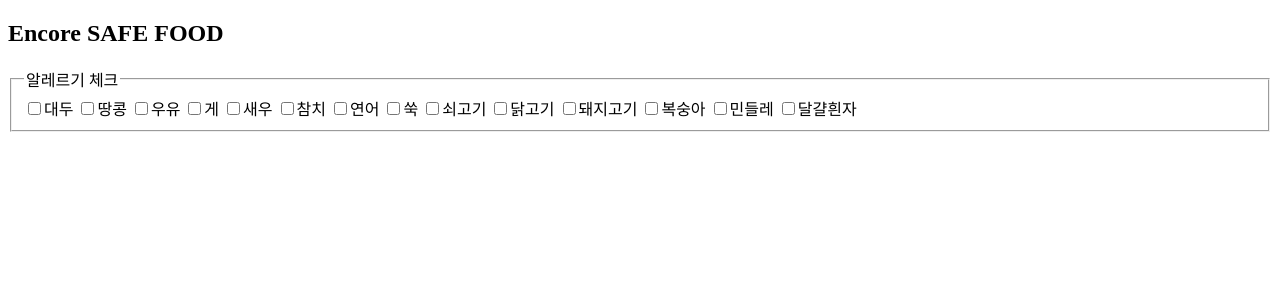
Repository: KangHoi/encore_vueWorkspace
Page: vue03_Event/WebContent/vue03_safefood.html
These files come from the project's save history. The page is drawn as it stood at one moment and after the next save; the edit follows.
The browser window is 1280 px wide. The pictures show the whole page.

Above is the page before, as saved 2021-07-12 01:24:20.

### vue03_Event/WebContent/vue03_safefood.html
<!DOCTYPE html>
<html>
<head>
<meta charset="UTF-8">
<title>Insert title here</title>
<script src="https://cdn.jsdelivr.net/npm/vue/dist/vue.js"></script>
</head>
<body>
	<div id="second">
		<h2>Encore SAFE FOOD</h2>
	</div>
	<div id="app">
		<fieldset id="checkboxArea1">
			<legend>알레르기 체크</legend>
			<input type="checkbox" name="box" value="대두" v-model="alergen"><label>대두</label>
			<input type="checkbox" name="box" value="땅콩" v-model="alergen"><label>땅콩</label>
			<input type="checkbox" name="box" value="우유" v-model="alergen"><label>우유</label>
			<input type="checkbox" name="box" value="게" v-model="alergen"><label>게</label>
			<input type="checkbox" name="box" value="새우" v-model="alergen"><label>새우</label>
			<input type="checkbox" name="box" value="참치" v-model="alergen"><label>참치</label>
			<input type="checkbox" name="box" value="연어" v-model="alergen"><label>연어</label>
			<input type="checkbox" name="box" value="쓱" v-model="alergen"><label>쑥</label>
			<input type="checkbox" name="box" value="쇠고기" v-model="alergen"><label>쇠고기</label>
			<input type="checkbox" name="box" value="닭고기" v-model="alergen"><label>닭고기</label>
			<input type="checkbox" name="box" value="돼지고기" v-model="alergen"><label>돼지고기</label>
			<input type="checkbox" name="box" value="복숭아" v-model="alergen"><label>복숭아</label>
			<input type="checkbox" name="box" value="민들레" v-model="alergen"><label>민들레</label>
			<input type="checkbox" name="box" value="달걀흰자" v-model="alergen"><label>달걀흰자</label>

		</fieldset>
	</div>

</body>
</html>

After the next save:
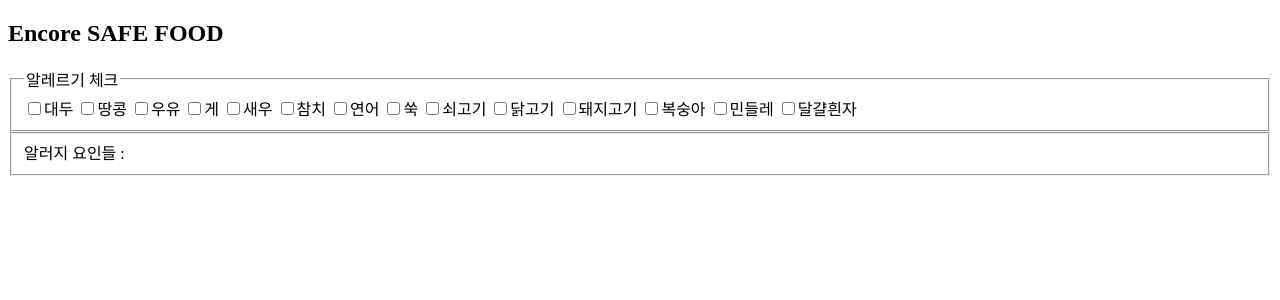
Saved 57 s later.
--- a/vue03_Event/WebContent/vue03_safefood.html
+++ b/vue03_Event/WebContent/vue03_safefood.html
@@ -26,7 +26,11 @@
 			<input type="checkbox" name="box" value="복숭아" v-model="alergen"><label>복숭아</label>
 			<input type="checkbox" name="box" value="민들레" v-model="alergen"><label>민들레</label>
 			<input type="checkbox" name="box" value="달걀흰자" v-model="alergen"><label>달걀흰자</label>
+		</fieldset>
 
+
+		<fieldset id="checkboxArea2">
+			알러지 요인들 : <span v-html="alergen"></span>
 		</fieldset>
 	</div>
 
